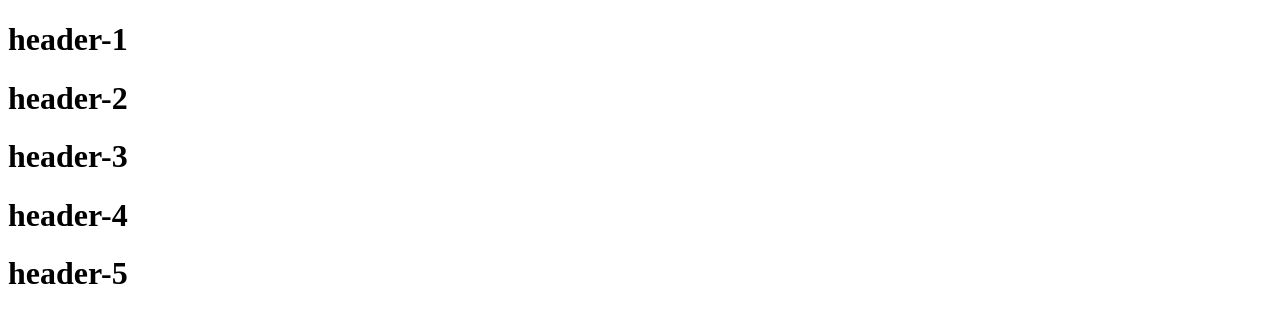
Repository: KYJIN1024/kic_jquery
Page: http://localhost/JQueryEx01/jquery29.jsp
An editor plug-in stored every save of this project. The page is shown before and after the next save, followed by the edit.
The browser window is 1280 px wide. The pictures show the whole page.
The page is served by Tomcat 9.

Above is the page before, as saved 2023-05-16 00:34:25.

After the next save:
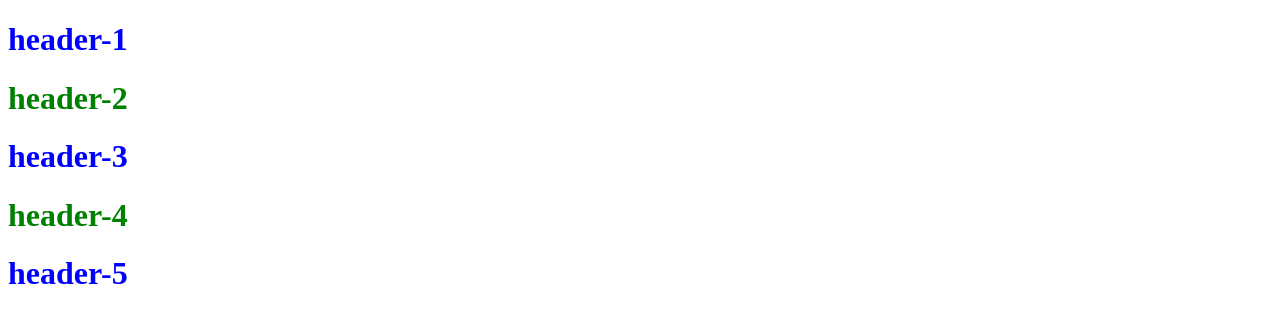
Saved 115 s later.
--- a/JQueryEx01/src/main/webapp/jquery29.jsp
+++ b/JQueryEx01/src/main/webapp/jquery29.jsp
@@ -16,8 +16,10 @@
 		//	backgroundColor:'yellow'
 		//});
 
-		const h1 = $( 'h1' );
+		const h1 = $( 'h1' ); //htmlcollection 배열과 비슷
 		console.log( h1 );
+		h1.filter(':even').css('color','blue');
+		h1.filter(':odd').css('color','green');
 	});
 </script>
 </head>
